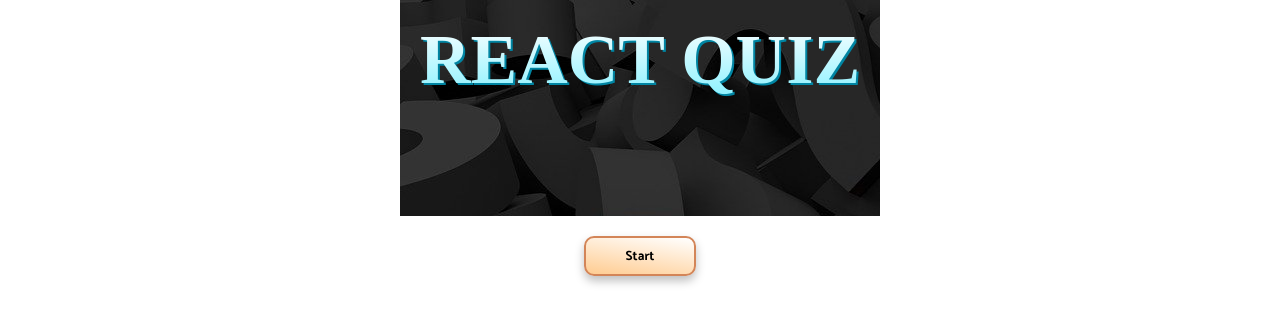
Repository: KrzysKolo/quizAPP
Page: /
These files come from the project's save history. The page is drawn as it stood at one moment and after the next save; the edit follows.
The browser window is 1280 px wide. The pictures show the whole page.
The project was rebuilt for these pictures with package versions that can differ from the ones it lists, and the page was loaded fresh each time. Also part of the build but not shown: src/components/QuestionCard.style.ts, src/components/QuestionCard.tsx.

Above is the page before, as saved 2021-04-25 00:19:39.

### public/index.html
<!DOCTYPE html>
<html lang="en">
  <head>
    <meta charset="utf-8" />
    <link rel="icon" href="%PUBLIC_URL%/favicon.ico" />
    <meta name="viewport" content="width=device-width, initial-scale=1" />
    <meta name="theme-color" content="#000000" />
    <meta
      name="description"
      content="Web site created using create-react-app"
    />
    <link rel="apple-touch-icon" href="%PUBLIC_URL%/logo192.png" />
    <!--
      manifest.json provides metadata used when your web app is installed on a
      user's mobile device or desktop. See https://developers.google.com/web/fundamentals/web-app-manifest/
    -->
    <link rel="manifest" href="%PUBLIC_URL%/manifest.json" />
    <!--
      Notice the use of %PUBLIC_URL% in the tags above.
      It will be replaced with the URL of the `public` folder during the build.
      Only files inside the `public` folder can be referenced from the HTML.

      Unlike "/favicon.ico" or "favicon.ico", "%PUBLIC_URL%/favicon.ico" will
      work correctly both with client-side routing and a non-root public URL.
      Learn how to configure a non-root public URL by running `npm run build`.
    -->
    <link rel="preconnect" href="https://fonts.gstatic.com">
<link href="https://fonts.googleapis.com/css2?family=Catamaran:wght@700&family=Roboto&display=swap" rel="stylesheet">
    <title>Quiz App</title>
  </head>
  <body>
    <noscript>You need to enable JavaScript to run this app.</noscript>
    <div id="root"></div>
    <!--
      This HTML file is a template.
      If you open it directly in the browser, you will see an empty page.

      You can add webfonts, meta tags, or analytics to this file.
      The build step will place the bundled scripts into the <body> tag.

      To begin the development, run `npm start` or `yarn start`.
      To create a production bundle, use `npm run build` or `yarn build`.
    -->
  </body>
</html>

### src/App.tsx
import React, { useState } from 'react'
import QuestionCard from './components/QuestionCard';
import { fetchQuizQuestions } from './API';
import { QuestionState, Difficulty } from './API';
import { GlobalStyle, Wrapper } from './App.style';

export interface AnswerObject  {
  question: string;
  answer: string;
  correct: boolean;
  correctAnswer: string;
}

const TOTAL_QUESTIONS = 10;

const App = () => {
  const [loading, setLoading] = useState(false);
  const [questions, setQuestions] = useState<QuestionState[]>([]);
  const [number, setNumber] = useState(0);
  const [userAnswers, setUserAnswers] = useState<AnswerObject[]>([]);
  const [score, setScore] = useState(0);
  const [gameOver, setGameOver] = useState(true);

  console.log(questions);

  const startTrivia = async () => {
    setLoading(true);
    setGameOver(false);

    const newQuestions = await fetchQuizQuestions(
      TOTAL_QUESTIONS,
      Difficulty.EASY
    );

    setQuestions(newQuestions);
    setScore(0);
    setUserAnswers([]);
    setNumber(0);
    setLoading(false);
  };


  const checkAnswer = (e: React.MouseEvent<HTMLButtonElement>) => {
    if (!gameOver) {
      const answer = e.currentTarget.value;
      const correct = questions[number].correct_answer === answer;
      if (correct) setScore(prev => prev + 1);
      const answerObject = {
        question: questions[number].question,
        answer,
        correct,
        correctAnswer: questions[number].correct_answer,
      }
      setUserAnswers((prev) => [...prev, answerObject])
    }
  };
  const nextQuestion = () => {
    const nextQuestion = number + 1;
    if (nextQuestion === TOTAL_QUESTIONS) {
      setGameOver(true);
    } else {
      setNumber(nextQuestion);
    }

  };

  return (
    <>
      <GlobalStyle />
      <Wrapper>
        <section className="header">
          <h1>REACT QUIZ</h1>
        </section>
      {gameOver || userAnswers.length === TOTAL_QUESTIONS ? (
        <button className="start" onClick={startTrivia}>
          Start
        </button>
      ): null}
      { !gameOver ? <p className="score">Score: {score} </p> : null}
      { loading && <p >Loading Questions... </p>  }
      { !loading && !gameOver && (<QuestionCard
        questionNr={number + 1}
        totalQuestions={TOTAL_QUESTIONS}
        question={questions[number].question}
        answers={questions[number].answers}
        userAnswer={userAnswers ? userAnswers[number] : undefined}
        callback={checkAnswer}

      />)}
      {!gameOver && !loading && userAnswers.length === number + 1 && number !== TOTAL_QUESTIONS - 1 ? (
          <button className='next' onClick={nextQuestion}>
            Next Question
          </button>
        ) : null}
      </Wrapper>
      </>
  )
}

export default App

### src/API.ts
import { shuffleArray } from './utils';
export interface Question  {
  category: string;
  correct_answer: string;
  difficulty: string;
  incorrect_answers: string[];
  question: string;
  type: string;
};

export enum Difficulty {
  EASY = "easy",
  MEDIUM = "medium",
  HARD = "hard",
}

export type QuestionState = Question & { answers: string[] };

export const fetchQuizQuestions = async (amount: number, difficulty: Difficulty): Promise<QuestionState[]> => {
  const request = `https://opentdb.com/api.php?amount=${amount}&difficulty=${difficulty}&type=multiple`;
 console.log(request)
  const data = await (await fetch(request)).json();
  return data.results.map((question: Question) => ({
    ...question,
    answers: shuffleArray([...question.incorrect_answers, question.correct_answer])
  }))
};

### src/App.style.ts
import styled, { createGlobalStyle } from 'styled-components';

import BGImage from './images/question-mark-2492009_1920.jpg';

export const GlobalStyle = createGlobalStyle`
  html {
    height: 100vh;

  }

    body {
      background-size: cover;
      margin: 0;
      padding: 0 20px;
      display: flex;
      justify-content: center;
    }
    *{
      box-sizing: border-box;
      font-family: 'Catamaran', sans-serif;

    }
`;

export const Wrapper = styled.div`
  display: flex;
  flex-direction: column;
  align-items: center;
  .header {
    background-image: url(${BGImage});
    height: 30vh;
  }
  > p {
    color: #fff;
  }
  .score {
    color: #fff;
    font-size: 2rem;
    margin: 0;
  }
  h1 {
    font-family: Fascinate Inline;
    background-image: linear-gradient(180deg, #fff, #87f1ff);
    background-size: 100%;
    background-clip: text;
    -webkit-background-clip: text;
    -webkit-text-fill-color: transparent;
    -moz-background-clip: text;
    -moz-text-fill-color: transparent;
    filter: drop-shadow(2px 2px #0085a3);
    font-size: 70px;
    text-align: center;
    margin: 20px;
  }
  .start, .next {
    cursor: pointer;
    background: linear-gradient(189deg, #fff, #ffcc91);
    border: 2px solid #d38558;
    box-shadow: 0px 5px 10px rgba(0, 0, 0, .25);
    border-radius: 10px;
    height: 40px;
    margin: 20px 0;
    padding: 0 40px;
  }
  .start {
    max-width: 200px;
  }
`;

### src/utils.ts
export const shuffleArray = (array: any[]) =>
[...array].sort(() => Math.random() - 0.5)

Loaded but not shown: src/index.tsx (common file); src/index.css (common file)

After the next save:
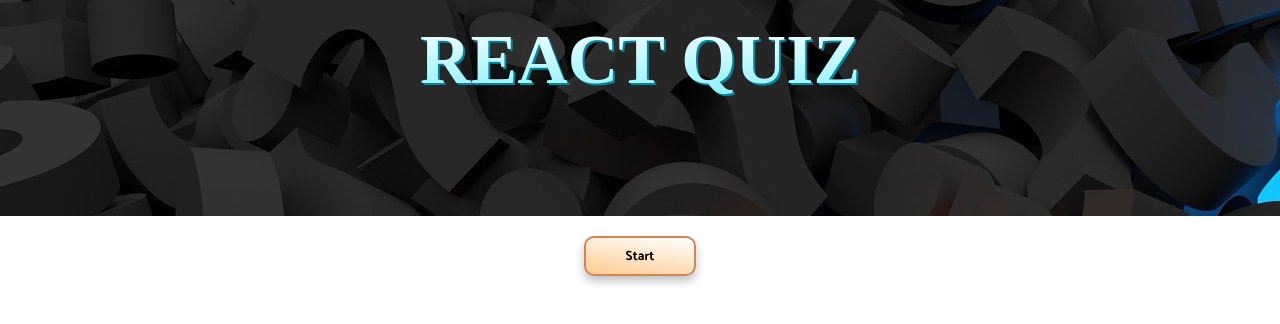
Saved 25 s later.
--- a/src/App.style.ts
+++ b/src/App.style.ts
@@ -29,6 +29,7 @@ export const Wrapper = styled.div`
   .header {
     background-image: url(${BGImage});
     height: 30vh;
+    width: 100vw;
   }
   > p {
     color: #fff;
